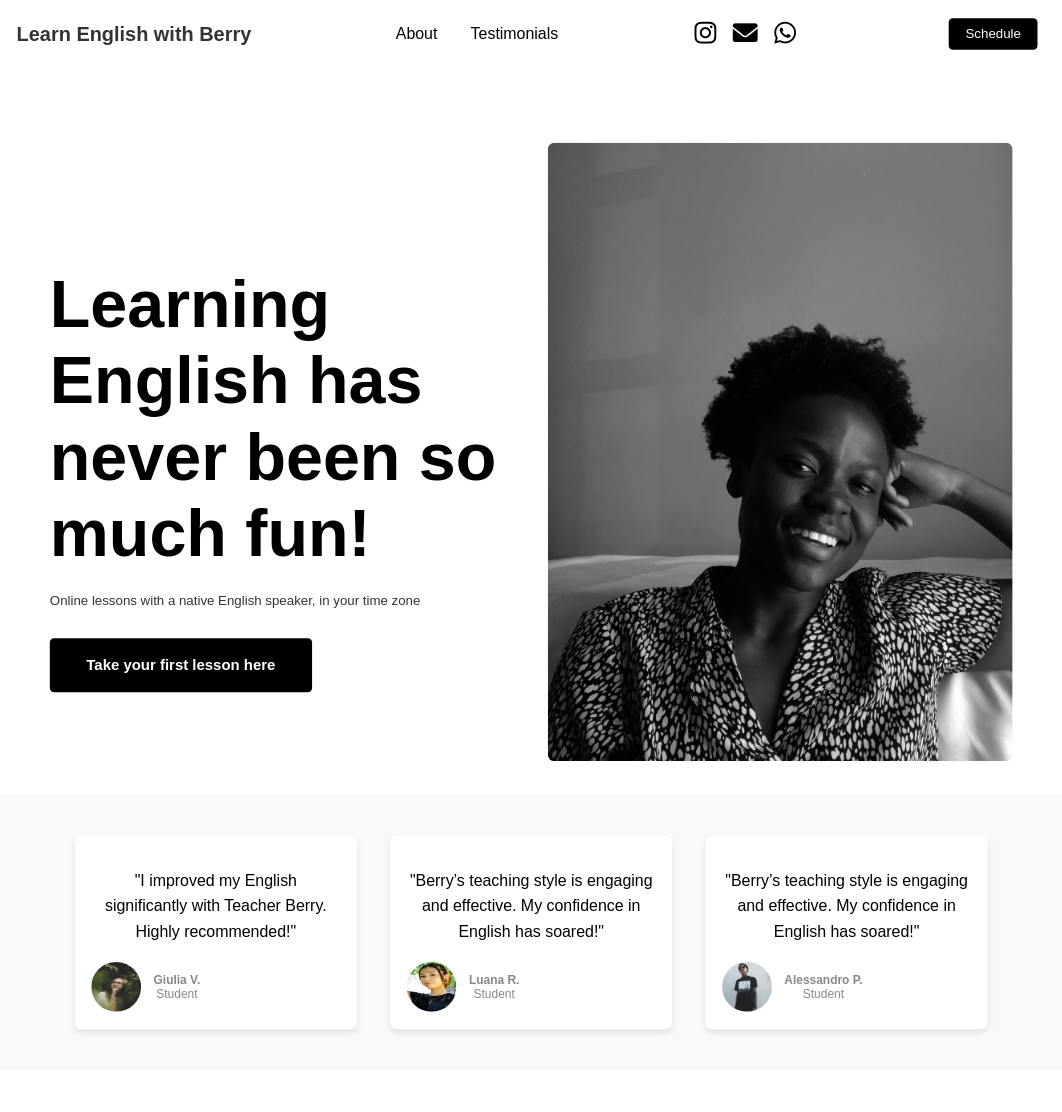
Repository: ntandomagana/esl-landing-page
Page: index.html
The author's editor kept a copy of each file at every save. The page is drawn from the files as they stood at one save, then again after a run of saves.
The browser window is 1280 px wide. The pictures show the whole page, at 83% of full size.

Above is the page before, as saved 2024-07-17 14:03:58.

### index.html
<!DOCTYPE html>
<html lang="en">
<head>
    <meta charset="UTF-8">
    <meta name="viewport" content="width=device-width, initial-scale=1.0">
    <link rel="stylesheet" href="https://cdnjs.cloudflare.com/ajax/libs/font-awesome/6.0.0-beta3/css/all.min.css">

    <title>Berry's English</title>
    <link rel="stylesheet" href="index.css">
</head>
<body>
    <!-- Header Section -->
    <header>
        <div class="header-container">
            <div class="logo"><h1>Learn English with Berry</h1>
            </div>
            <nav>
                <ul>
                    <li><a href="#about">About</a></li>
                    <li><a href="#testimonials">Testimonials</a></li>

                </ul>
            </nav>
            <div class="social-links">
                <a href="#" class="social-link"><i class="fab fa-instagram"></i></a>
                <a href="mailto:berry@example.com" class="social-link"><i class="fas fa-envelope"></i></a>
                <a href="https://wa.me/1234567890" class="social-link"><i class="fab fa-whatsapp"></i></a>
            </div>
            <a href="#contact" class="schedule-button">Schedule</a>
        </div>
    </header>

    <!-- Left and right division -->
     <section class="content-section">
        <div class="content-wrapper">
            <div class="left-content">
                <h2>Learning English has <br />
                    never been so much fun!</h2>
                <p>Online lessons with a native English speaker, in your time zone</p>
                <a href="#contact" class="action-button">Take your first lesson here</a>
            </div>

            <div class="right-content">
                <img src="./assets/bwpp.jpg" alt="Teacher Berry's Image">
            </div>
        </div>

        <section id="testimonials" class="testimonials-section">
    <div class="testimonials-container">
        <div class="testimonial-item">
            <div class="testimonial-content">
                <p>"I improved my English significantly with Teacher Berry. Highly recommended!"</p>
            </div>
            <div class="testimonial-author">
                <img src="./assets/first.jpg" alt="Testimonial Author">
                <p><strong>Giulia V.</strong><br>Student</p>
            </div>
        </div>

        <div class="testimonial-item">
            <div class="testimonial-content">
                <p>"Berry’s teaching style is engaging and effective. My confidence in English has soared!"</p>
            </div>
            <div class="testimonial-author">
                <img src="./assets/second.jpg" alt="Testimonial Author">
                <p><strong>Luana R.</strong><br>Student</p>
            </div>
        </div>


        <div class="testimonial-item">
            <div class="testimonial-content">
                <p>"Berry’s teaching style is engaging and effective. My confidence in English has soared!"</p>
            </div>
            <div class="testimonial-author">
                <img src="./assets/third.jpg" alt="Testimonial Author">
                <p><strong>Alessandro P.</strong><br>Student</p>
            </div>
        </div>
    </div>

</section>


    <!-- Add more testimonials as needed -->
</section>


     </section>
    </footer>
</body>
</html>

### index.css
/* styles.css */

body {
  font-family: Arial, Helvetica, sans-serif;
  margin: 0;
  padding: 0;
  box-sizing: border-box;
}

.header-container {
  display: flex;
  justify-content: space-between;
  align-items: center;
  padding: 10px 20px;
  background-color: white;
}

.logo h1 {
  margin: 0;
  font-size: 24px;
  color: #333;
}

nav ul {
  list-style-type: none;
  padding: 0;
  margin: 0;
  display: flex;
}

nav ul li {
  display: inline;
  margin: 20px; /* Adjust margin to add space between list items */
}

nav ul li:last-child {
  margin-right: 0;
}

nav ul li a {
  color: rgb(2, 2, 2);
  text-decoration: none;
  font-size: 1.2rem;
}

nav ul li a:hover {
  color: black;
  font-weight: bold;
}

.social-links {
  display: flex;
  align-items: center;
  margin-right: 20px;
}

.social-link {
  margin: 0 10px;
  display: inline-block;
  color: black;
  font-size: 30px;
  transition: color 0.3s ease, transform 0.3s ease, box-shadow 0.3s ease;
}

.social-link i {
  color: black;
}

.social-link:hover i {
  color: black;
  transition: black 4s ease-in-out;
  transform: translateY(-5px);
  box-shadow: 0 4px 8px rgba(19, 18, 18, 0.2);
}

.schedule-button {
  padding: 10px 20px;
  background-color: black;
  color: #fff;
  text-decoration: none;
  border-radius: 5px;
  transition: background-color 0.3s ease;
  border: none;
  cursor: pointer;
  margin-right: 10px;
}

.schedule-button:hover {
  background-color: #fff;
  border-color: rgba(0, 0, 0, 0);
  border: solid black;
  color: black;
}

.content-section {
  padding: 50px 0;
  text-align: center;
}

.content-wrapper {
  display: flex;
  justify-content: space-around;
  align-items: stretch;
  max-width: 1200px;
  margin: 20px auto;
}

.left-content {
  flex: 1;
  padding: 20px;
  text-align: left;
  display: flex;
  flex-direction: column;
  justify-content: center;
  align-items: flex-start;
}

.left-content h2 {
  font-size: 5rem;
  align-items: flex-end;
  color: rgb(0, 0, 0);
  margin-bottom: 10px;
  width: 100%;
}

.left-content p {
  font-size: 1rem;
  color: #333;
  width: 100%;
}

.right-content {
  flex: 1;
  padding: 20px;
  text-align: center;
  display: flex;
  justify-content: center;
  align-items: center;
}

.right-content img {
  max-width: 100%;
  height: auto;
  max-height: 800px; /* Example maximum height, adjust as needed */
  border-radius: 8px;
  /* Optional: Adds a subtle shadow */
}

.action-button {
    display: inline-block;
  padding: 18px 40px;
  background-color: black;
  color: #fff;
  border: 4px solid black;
  text-decoration: none;
  border-radius: 5px;
  transition: background-color 0.3s ease;
  margin-top: 20px;
  font-size: 18px;
  font-weight: bold;

}

.action-button:hover {
  background-color: #fff;
  border-color: rgba(0, 0, 0, 0);
  border: 4px solid black;
  color: black;
  margin: 20px;
  padding: 18px 40px;
}


.testimonials-section {
    padding: 50px 0;
    text-align: center;
    background-color: #f9f9f9; /* Light background color */
}

.testimonials-container {
    display: flex;
    justify-content: center; /* Center align items horizontally */
    gap: 20px;
}

.testimonial-item {
    width: 300px; /* Adjust width as needed */
    margin: 0 10px; /* Adjust margin between testimonials */
    padding: 20px;
    background-color: #fff;
    border-radius: 8px;
    box-shadow: 0 4px 8px rgba(0, 0, 0, 0.1); /* Subtle shadow effect */
}

.testimonial-content {
    margin-bottom: 20px;
}

.testimonial-content p {
    font-size: 1.2rem;
    line-height: 1.6;
}

.testimonial-author {
    display: flex;
    align-items: center;
}

.testimonial-author img {
    width: 60px;
    height: 60px;
    border-radius: 50%; /* Rounded avatar */
    margin-right: 15px;
}

.testimonial-author p {
    font-size: 0.9rem;
    color: #888;
}

.testimonial-author strong {
    font-weight: bold;
}

/* index.css */

/* Styles for header, main content, testimonials, etc. */

footer {
    background-color: white;
    color: black;;
    padding:
    text-align: center;
}

.footer-container {
    display: flex;
    justify-content: center;
    align-items: center;
    max-width: 1200px;
    margin: 0 auto;
}

.footer-container p {
    margin: 0;
    font-size: 14px;
}



@media (max-width: 768px) {
    .testimonial-item {
        width: calc(100% - 20px); /* Full width on smaller screens */
        margin: 0 10px 20px; /* Adjust margin for spacing */
    }
}

After the next 3 saves:
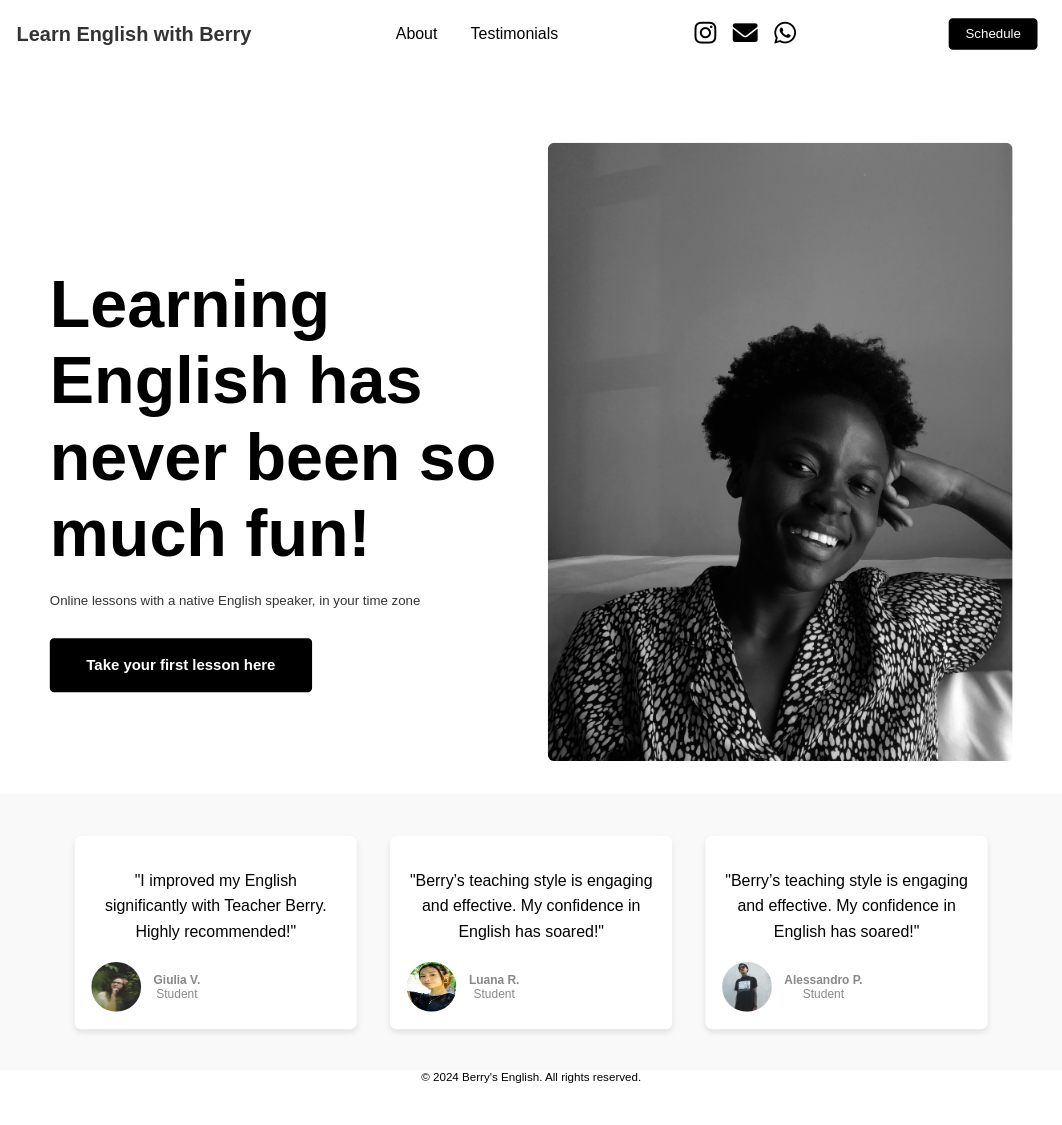
The 3 saves are shown as one change because they came seconds apart.
The last was saved 9 s later.
--- a/index.html
+++ b/index.html
@@ -83,7 +83,11 @@
 
 
     <!-- Add more testimonials as needed -->
-</section>
+
+    <footer>
+        <div class="footer-container">
+            <p>&copy; 2024 Berry's English. All rights reserved.</p>
+        </div>
 
 
      </section>
